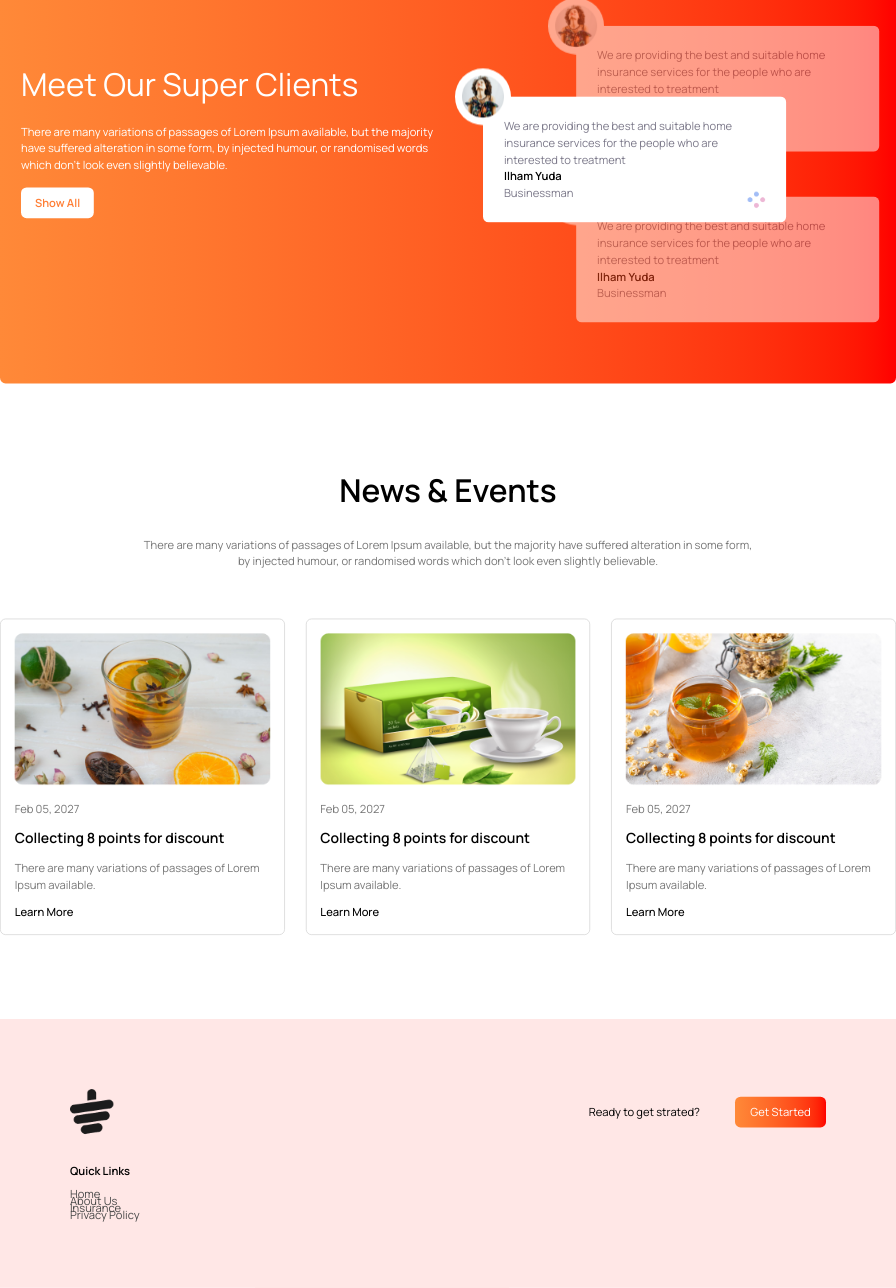
Repository: nahid-hasann/website-9
Page: index.html
These files come from the project's save history. The page is drawn as it stood at one moment and after the next save; the edit follows.
The browser window is 1280 px wide. The pictures show the part of the page from y = 2154 to 4074 px (the page is 3994 px tall before and 4074 px after), at 70% of full size.
Some web libraries are served in a nearby version.

Above is the page before, as saved 2025-08-17 21:27:02.

After the next save:
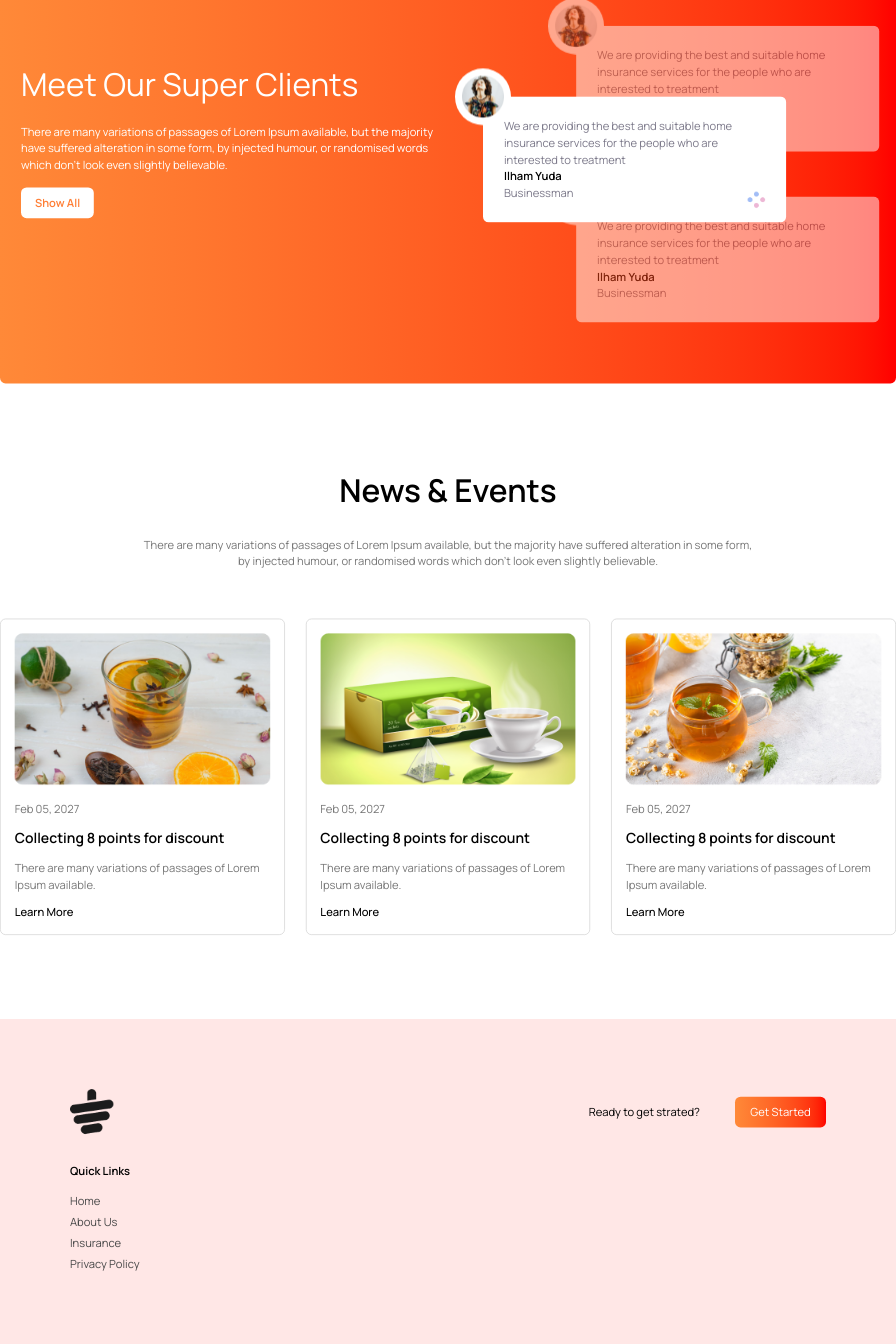
Saved 5 s later.
--- a/style.css
+++ b/style.css
@@ -44,7 +44,7 @@
 
 .footer-2 ul{
     margin-top: 15px;
-    line-height: 10px;
+    line-height: 30px;
 }
 .footer-2 ul li{
      font-size: 16px;
